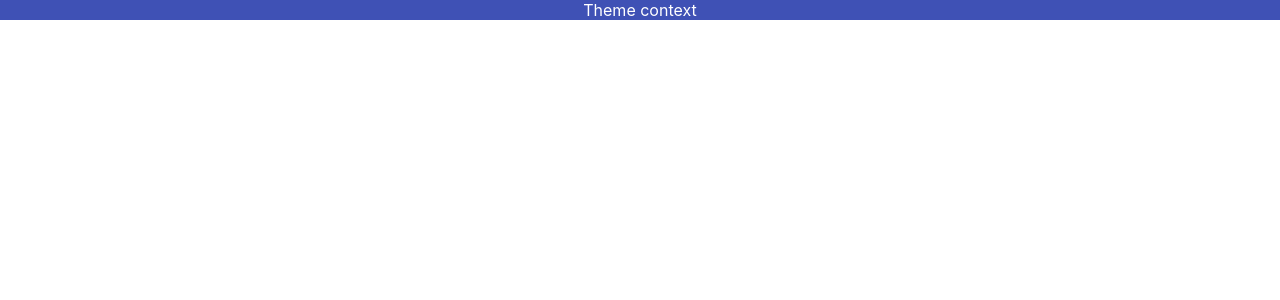
Repository: vuongtm1999/ALTA-exercise-1
Page: /
An editor plug-in stored every save of this project. The page is shown before and after the next save, followed by the edit.
The browser window is 1280 px wide. The pictures show the whole page.
The project was rebuilt for these pictures with package versions that can differ from the ones it lists, and the page was loaded fresh each time. Also part of the build but not shown: src/Context/theme.ts, src/Context/ThemeContext.tsx.

Above is the page before, as saved 2022-10-26 11:05:18.

### src/App.tsx
import './App.css';
import { Box } from './Context/Box';
import { ThemeContextProvider } from './Context/ThemeContext';
import { UserContext, UserContextProvider } from './Context/UserContext';
import { Counter } from './state/Couner';


function App() {
  // const personName = {
  //   firstName: "Vuong",
  //   lastName: "Tran",
  // }

  // const listName = [
  //   {
  //     firstName: "Vuong",
  //     lastName: "Tran",
  //   },
  //   {
  //     firstName: "Thuy",
  //     lastName: "Tran",
  //   },
  //   {
  //     firstName: "Bui",
  //     lastName: "Phuoc",
  //   }
  // ]
  return (
    <div className="App">
      <UserContextProvider>
        <Box />
      </UserContextProvider>
    </div>
  );
}

export default App;

### src/Context/Box.tsx
import { useContext } from 'react'
import { ThemeContext } from './ThemeContext'

export const Box = () => {
  const theme = useContext(ThemeContext)
  return (
    <div
      style={{
        backgroundColor: theme.primary.main,
        color: theme.primary.text
      }}>
      Theme context
    </div>
  )
}

### src/Context/UserContext.tsx

import React, { useState, createContext } from 'react'

type AuthUser = {
  name: string
  email: string
}

type UserContextType = {
  user: AuthUser | null
  setUser: React.Dispatch<React.SetStateAction<AuthUser | null>>
}

type UserContextProviderProps = {
  children: React.ReactNode
}

// export const UserContext = createContext<UserContextType | null>(null)
export const UserContext = createContext({} as UserContextType)

export const UserContextProvider = ({ children }: UserContextProviderProps) => {
  const [user, setUser] = useState<AuthUser | null>(null)
  return (
    <UserContext.Provider value={{ user, setUser }}>
      {children}
    </UserContext.Provider>
  )
}

### src/Context/User.tsx
import { useContext } from 'react'
import { UserContext } from './UserContext'

export const User = () => {
  const userContext = useContext(UserContext)
  const handleLogin = () => {
    // if (userContext) {
    userContext.setUser({
      name: 'Vishwas',
      email: 'asd@asd.com'
    })
    // }
  }
  const handleLogout = () => {
    // if (userContext) {
    userContext.setUser(null)
    // }
  }
  return (
    <div>
      <button onClick={handleLogin}>Login</button>
      <button onClick={handleLogout}>Logout</button>
      <div>User name is {userContext.user?.name}</div>
      <div>User email is {userContext.user?.email}</div>
      {/* <div>User name is {userContext?.user?.name}</div>
      <div>User email is {userContext?.user?.email}</div> */}
    </div>
  )
}

Loaded but not shown: public/index.html (common file); src/index.tsx (common file); src/index.css (common file); src/reportWebVitals.ts (common file); src/App.css (common file)

After the next save:
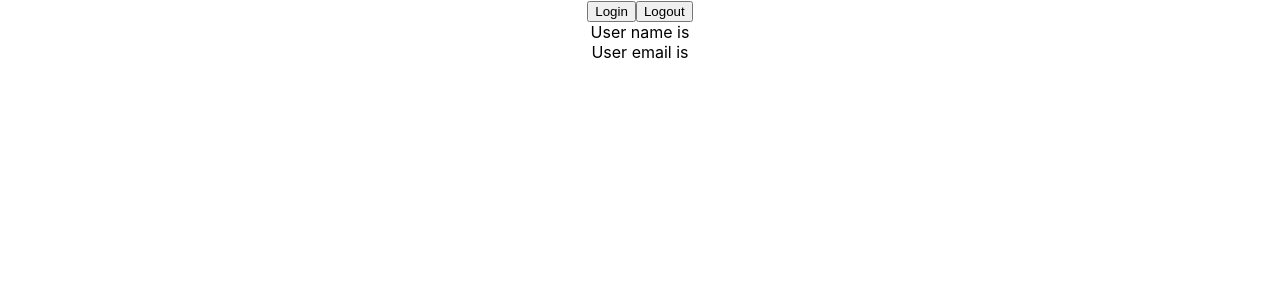
Saved 9 s later.
--- a/src/App.tsx
+++ b/src/App.tsx
@@ -1,6 +1,7 @@
 import './App.css';
 import { Box } from './Context/Box';
 import { ThemeContextProvider } from './Context/ThemeContext';
+import { User } from './Context/User';
 import { UserContext, UserContextProvider } from './Context/UserContext';
 import { Counter } from './state/Couner';
 
@@ -28,7 +29,7 @@ function App() {
   return (
     <div className="App">
       <UserContextProvider>
-        <Box />
+        <User />
       </UserContextProvider>
     </div>
   );
